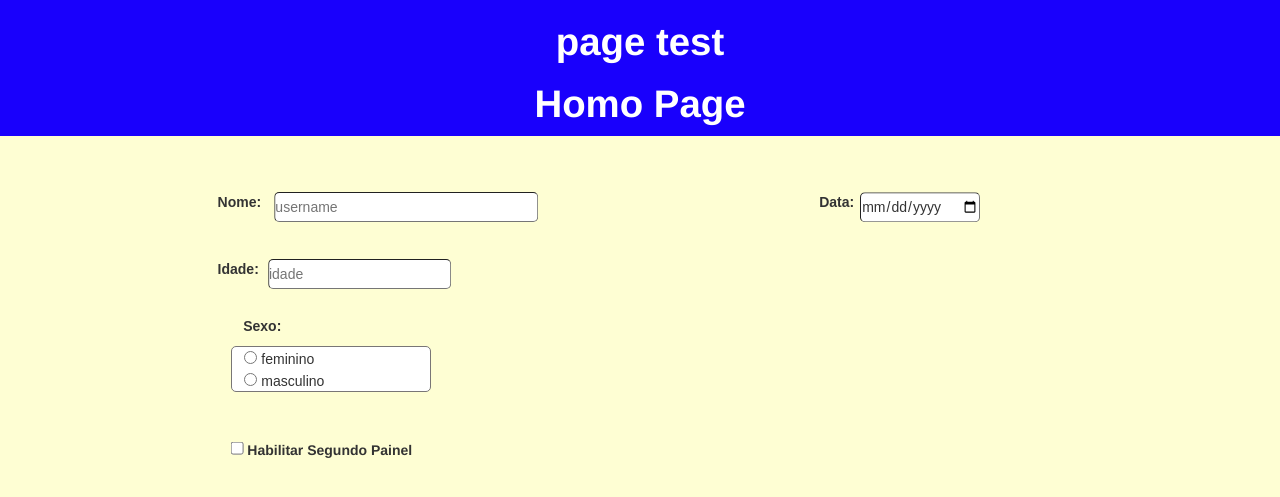
Repository: josceno/inital-page
Page: index.html
An editor plug-in stored every save of this project. The page is shown before and after the next save, followed by the edit.
The browser window is 1280 px wide. The pictures show the whole page.
Some web libraries are served in a nearby version.

Above is the page before, as saved 2022-02-21 09:45:16.
Console error: TypeError: Cannot read properties of null (reading 'innerHTML')

### index.html
<!DOCTYPE html>
<html>

  <head>

    <link data-require="bootstrap@3.3.7" data-semver="3.3.7" rel="stylesheet" href="https://maxcdn.bootstrapcdn.com/bootstrap/3.3.7/css/bootstrap.min.css" />
    <script data-require="jquery@*" data-semver="3.1.1" src="https://ajax.googleapis.com/ajax/libs/jquery/3.1.1/jquery.min.js"></script>
    <script data-require="bootstrap@3.3.7" data-semver="3.3.7" src="https://maxcdn.bootstrapcdn.com/bootstrap/3.3.7/js/bootstrap.min.js"></script>
    <script src="script.js">defer</script>
    <script data-require="angular.js@1.6.2" data-semver="1.6.2" src="https://ajax.googleapis.com/ajax/libs/angularjs/1.6.2/angular.js"></script>
    <link rel="stylesheet" href="style.css" />
    <script>
      const indexjs = __dirname
      module.exports = {indexjs}
    </script>
    <meta charset="UTF-8">

  </head>


  <body>

    <div class="content-wrap">
      <article>

      <header>
        <h2 style="font-size:3vw;">page test</h2>
        <h1 style="font-size:3vw;"> Homo Page</h1>

      </header>
      <div id= "form">
      <form action="action._page.php">


       <!-- entradas para Nome, Idade, a Data e o Genero-->
        <div class = "Nome">
        <label for="">Nome:</label>
        <input class="Nomu"  aria-required="true" id="Nome" name="Nome" placeholder="username" type="text" size="30" max len/>

        </div>

        <div class = "idade">
        <label class=age for="">Idade:</label>
          <input class=Idade id="idade" idade="idade"  placeholder="idade" type="number" size="20"  onkeypress="return event.charCode >= 48" min="1" >
        </div>

        <div class="Data">
          <label for="">Data:</label>
            <input class=data name="data" type="date" value=2021-12-27 required id="Data"  min=2021-12-27 required></input>


          </div>
          <p class= genderlabel> Sexo:</p>
          <div class="sexo">

            <div class="genradio">
              <input type= radio name=genderi value=Feminino>   feminino<br>
              <input type= radio name=genderi value=masculino> masculino<br>

            </div>
          </div>
          <!-- O botão apresentar-->



            <button id=btn class=btnpresent onclick="clicar(); return false;" style="display:none;">Apresentar</button>



          </div>




        <div class="checkbottom">
          <div class= check>
            <input  name=checkbox id=check1 type=checkbox value=" " onclick="aparescercampo()"/>
          <label for="">Habilitar Segundo Painel</label>
        </div>
       </div>

        <textarea   class=txt id="txt" name="txt" placeholder="Aqui vai os datados registrados acima, a primeira linha são os dados e a segunda é o numero de palavras" type="text" size="30" readonly maxlength=10000 style="display:none;"></textarea>
        <p class=titlex2 id=txt2title style="display:none;">texto Livre:</p>
        <textarea   class=txt2 id="txt2" name="txt2" placeholder="insira aqui um texto ele será contado e exibido no segundo painel" type="text" size="30"  maxlength=10000 style="display:none;"></textarea>

      </form>
    </div>

     </div>




      </style>
      <!--

        Sua estrutura html aqui

      -->
    </article>
    </div>

    <script src="script.js"></script>
  </body>

</html>

### script.js
// Seus scripts aqui
function datetime() {
  var title = document.getElementById('Data');
  var now = new Date();

  title.innerHTML = title.innerHTML + ' (' + now.toLocaleTimeString() + ')';
}


datetime();
D = new Date
dia = D.getDate()
mes = D.getMonth()+1
ano= D.getFullYear()
console.log(dia)
console.log(mes)
console.log(ano)
data = document.getElementById("Data")
data.min = ano+"-"+mes+"-"+dia;
data.value = ano+"-"+mes+"-"+dia;
DI= new Date(data.value)
outrodia= DI.getDate()+1
console.log(outrodia)
outromes= DI.getMonth()+1

console.log(outromes)

outroano= DI.getFullYear()

console.log(outroano)

console.log(document.getElementById("Data").value)




function aparescercampo(){
  var cb = document.getElementById("check1");
  var inputo = document.getElementById("txt");
  var inputo2 = document.getElementById("txt2");
  var btninput = document.getElementById("btn")
  var txt2label= document.getElementById("txt2title")
  if(cb.checked==true){
    inputo.style.display="block";
    inputo2.style.display="block";
    btninput.style.display="block";
    txt2label.style.display="block";

  }
  else{
    inputo.style.display="none";
    inputo2.style.display="none";
    btninput.style.display="none";
    txt2label.style.display="";
  }
}
function clicar()
{
  let gender = document.forms[0];
  let txt = "";

      txt = txt+ gender[0].value + "";
      document.getElementById("txt").value = "nome: "+  txt +"\n"


  let gender1 = document.getElementById("idade")
  let txt1 = "";


      txt1 = txt1+ gender1.value + "";
      document.getElementById("txt").value = "nome: "+  txt +"\n"+" idade: "+ txt1




      let gender2 = document.getElementById("Data")
      let Retxt2 = "";
      DI= new Date(data.value)
outrodia= DI.getDate()+1
console.log(outrodia)
outromes= DI.getMonth()+1

console.log(outromes)

outroano= DI.getFullYear()

console.log(outroano)

console.log(document.getElementById("Data").value)
if(outrodia == NaN|| outrodia == "[object HTMLTextAreaElement]"){
  alert("data invalida0")
}



      if(outroano>=ano ) {
        console.log("passou")
        console.log(ano)
        console.log(outroano)
        if(outroano>ano ){
          console.log("passou direto")
          console.log(outroano)
          gender2 = document.getElementById("Data")
             Retxt2 = "";
            console.log("passou")
              Retxt2 = Retxt2+ gender2.value + "";
              txt2 = Retxt2.split('-').reverse().join('-')
              document.getElementById("txt").value = "nome: "+  txt +"\n"+" idade: "+ txt1 +"\n"+ " data de registro " + txt2
        }
        else{if(outromes>=mes){
          console.log("passou")
          console.log(outromes)
          if(outrodia>= dia){
             gender2 = document.getElementById("Data")
             Retxt2 = "";
            console.log("passou")
              Retxt2 = Retxt2+ gender2.value + "";
              txt2 = Retxt2.split('-').reverse().join('-')
              document.getElementById("txt").value = "nome: "+  txt +"\n"+" idade: "+ txt1 +"\n"+ " data de registro " + txt2

          }
          else{
              alert("errou o dia")
              Retxt2 = Retxt2+ gender2.value + "";
              Retxt2= " "
              txt2 = Retxt2.split('-').reverse().join('-')
              document.getElementById("txt").value = "nome: "+  txt +"\n"+" idade: "+ txt1 +"\n"+ " data de registro " + txt2
          }
      }
      else{
          console.log("errou o mes")
          alert("errou o mes")
          txt2 = " "
      }}

      }
    else{
        if(outroano<ano){
        console.log("ano menor")
        txt2 = " "
        }
      }
      document.getElementById("txt").value = "nome: "+  txt +"\n"+" idade: "+ txt1 +"\n"+ " data de registro " + txt2









      let genderi = document.forms[0];
      let txt3 = "";
      let i;

      for(i=0; i <genderi.length; i++)
      {
          if(genderi[i].checked){
          txt3 = txt3+ genderi[i].value + "";


          }

      }
      document.getElementById("txt").value = "---nome: "+  txt +"\n"+"idade: "+ txt1 +"\n"+" data de registro: " + txt2 +"\n"+" Genero: " + txt3

      let gender4= document.getElementById("txt2")
      let txt4 = "";


      txt4 = txt4+ gender4.value + "";
      document.getElementById("txt").value = "---nome: "+  txt +"\n"+"idade: "+ txt1 +"\n"+" data de registro: " + txt2 +"\n"+" Genero: " + txt3 +"\n"+ txt4


      let self = document.getElementById("txt2")
        self.value = " "+self.value+ " ";
        var dito = self.value.match(/ a(?=ao |ai |au |ae |aO |aI |aU |aE )\S+/g);
        var ditO = self.value.match(/ A(?=Ao |Ai |Au |Ae |AO |AI |AU |AE )\S+/g);
        var dite = self.value.match(/ e(?=eo |ei |eu |ea )\S+/g);
        var ditE = self.value.match(/ E(?=Eo |Ei |Eu |Ea |EO |EI |EU |EA )\S+/g);
        var diti = self.value.match(/ i(?=io |ie |iu |ia )\S+/g);
        var ditI = self.value.match(/ I(?=Io |Ia |Iu |Ie |IO |IA |IU |IE )\S+/g);
        var dita = self.value.match(/ o(?=oi |oe |ou |oa )\S+/g);
        var ditA = self.value.match(/ O(?=oa |oi |ou |oe |oA |oI |oU |oE )\S+/g);
        var ditu = self.value.match(/ u(?=ui |ue |uo |ua )\S+/g);
        var ditU = self.value.match(/ U(?=Ua |Ui |Uo |Ue |UO |UI |UA |UE )\S+/g);

        var num = self.value.match(/\S+[a,á,ã,e,é,ê,i,í,o,ó,ô,õ,u,ú,A,Á,Ã.E,Ê.É,I,Ì,O,Ó,Ô,Õ,U,Ú,Y]/g);
        var tirdone = self.value.match(/\S+[a,e,i,o,u,A,E,I,O,U,Y]/g);
        var spaces = self.value.match(/[a,á,ã,e,é,ê,i,í,o,ó,ô,õ,,u,ú,A,Á,Ã.E,Ê.É,I,Ì,O,Ó,Ô,Õ,U,Ú,Y]\S+/g);


        /// checkpoint para não perda de arquivo III agr vai
        var ao = dito ? dito.length: 0;
        var Ao = ditO ? ditO.length: 0;
        var oo = dita ? dita.length: 0;
        var Oo = ditA ? ditA.length: 0;
        var eo = dite ? dite.length: 0;
        var Eo = ditE ? ditE.length: 0;
        var io =  diti ? diti.length: 0;
        var Io =  ditI ? ditI.length: 0;
        var uo =  ditu ? ditu.length: 0;
        var Uo =  ditU ? ditU.length: 0;
        console.log("duas letras",ao, Ao)
        console.log("duas letrase",eo)
        console.log("duas letrase",io)
        console.log("duas letrase",oo)
        console.log("duas letrasu",uo)
        var word = num ? num.length: 0;
        console.log("NUM",word)
        var tirdw = tirdone ? tirdone.length: 0;
        console.log("terceir",tirdw)
        var words = (spaces ? spaces.length: 0);
        console.log("palavras",words)
        var finalwarudo = word + words - (tirdw + ao + eo + io + oo + uo+ Ao +Oo+ Eo+ Io+ Uo);

        console.log("final result",finalwarudo)
        if(words>word){
          var somaT= word -words;
          finalwarudo = words
          console.log("final result2",finalwarudo)
        }



        if(finalwarudo<0){finalwarudo= finalwarudo*-1;}

        if(txt2 == " "){
          alert("data invalida")
        }

        document.getElementById("txt").value = "---nome: "+  txt +"\n"+"---idade: "+ txt1 +"\n"+ "---data: " + txt2 +"\n"+ "---Genero: " + txt3   +"\n"+"-----------------------------------"+"\n"+"    "+ txt4 +"\n"+"-----------------------------------"+"\n"+ "---numero de palavras é: " + finalwarudo;


}

### style.css
/* Suas estilizações */


*{
  margin: 0;
  padding: 0;
}
body{
  width: 100%;
  max-width: 130.3px;
  margin: 20 auto;
  height: 700px;
  background-color:rgb(254, 254, 211);
}

.content-wrap {

  margin: auto;
}

.content-wrap h1 {
  text-align: center;
  color: #ffffff;
  font-weight: bold;
}
.content-wrap h2 {
  text-align: center;
  color: #ffffff;
  font-weight: bold;
}
header{
  width:100vw;
  background-color: #1900fc;
  padding: 1px 0;
}



.Nome{

  width:80px;
  font-family: Óptima, sans-serif;
  height: 40px;
  display:flex;
  padding: 20px 0;
  transform: translate(0,90%);
  position: relative;
  left:17vw;
}
.Nomu{

  height: 30px;
  transform: translate(5%,0%);
  border-width: 0.01cm;
  border-radius: 0.5rem;
}

.idade{
  width:80px;
  display:flex;
  padding: 20px 0;
  transform: translate(0,90%);
  position: relative;
  left:17vw;
  font-family: Óptima, sans-serif;

}
.Idade{
  transform: translate(5%,0%);
  border-width: 0.01cm;
  border-radius: 0.5rem;
  height: 30px;
}
.Data{
  height: 60px;
  width:300px;
  display:flex;
  padding: 20px 0;
  margin-bottom: 10px;
  position: relative;
  transform: translate(0%,-123%);
  top:30%;
  left: 64vw;
  font-family: Óptima, sans-serif;
}
.data{
  height: 30px;
  transform: translate(5%,0%);
  border-radius: 0.5rem;
  border-width: 0.01cm;
}
.sexo{
  width: 200px;
  font-family: Óptima, sans-serif;
  border-style: solid;
  border-width: 0.01cm;
  border-color: rgb(121, 118, 118);
  border-radius: 0.5rem;
  margin-left: 10%;
  transform: translate(0,0%);
  position: relative;
  left:17vw;
  background-color:rgb(255, 255, 255) ;
}
.genradio{
  position: relative;
  left: 1vw
}
.genderlabel{
  font-family: Óptima, sans-serif;
  font-weight: 600;
  position: relative;
  left:19vw;
}


.check{
  width:300px;
  padding: 20px 0;
  transform: translate(17vw,2vw);
  margin-bottom: 10px;
  position: relative;
  left:1vw;

}
.txt2{
  height: 130px;
  width:260px;
  display:flex;
  padding: 20px 0;
  margin-bottom: 10px;
  position: relative;
  transform: translate(0%,-305%);
  top:60%;
  left: 64vw;
  font-family: Óptima, sans-serif;
  border-radius: 0.5rem;
}
.txt{
  color: #000000;
  font-style: italic;
  font-family: Óptima, sans-serif;
  font-weight: bold;
  font-size: 15px;
  padding: 20px 0;
  position: relative;
  left:18vw;
  border-radius: 0.5rem;
  height: 170px;
  width:800px;
  background-color:rgba(189, 185, 185, 0.685) ;

}
.titlex2{
  font-family: Óptima, sans-serif;
  display:flex;
  padding: 20px 0;
  margin-bottom: 10px;
  position: relative;
  transform: translate(10%,-630%);
  top:60%;
  left: 64vw;

}



.btnpresent{

  transform: translate(0%,900%);
  left:1000px;
  padding: 5px 0;
  background: #016ABC;
  color: #fff;
  border: 1px solid #eee;
  border-radius: 0.5rem;
  box-shadow: 5px 5px 5px #eee;
  text-shadow:none;
  width: 80px;
  position: relative;

}
.btnpresent:hover{
  background: rgba(0, 0, 0, 0);
  color: #016ABC;
  box-shadow:insert 0 0 0 3px  #016ABC;
}
.word{
  transform: translate(60%,-115%);
}

After the next save:
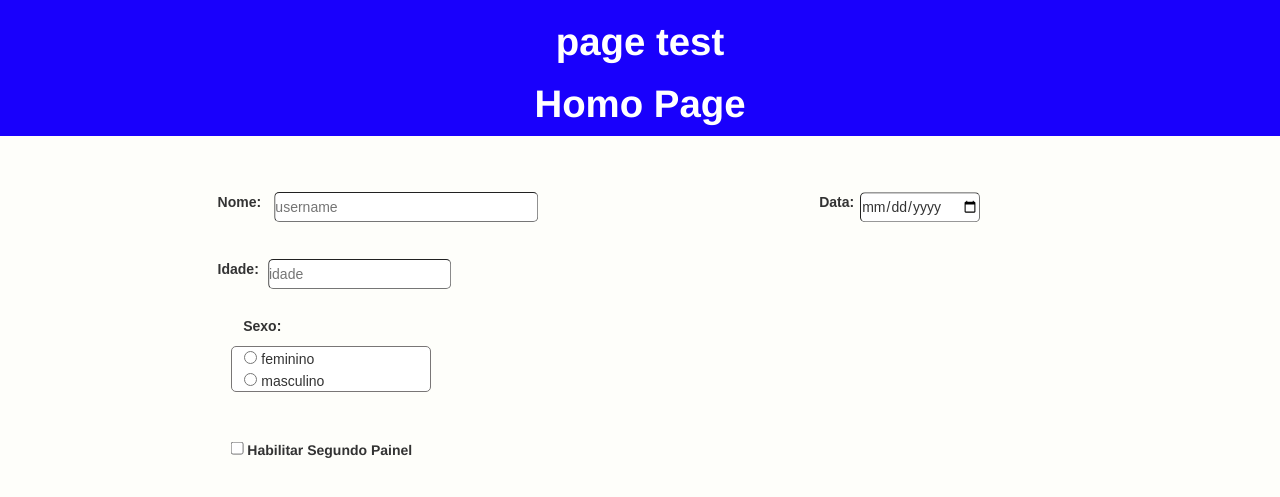
Saved 19 s later.
--- a/style.css
+++ b/style.css
@@ -10,7 +10,7 @@ body{
   max-width: 130.3px;
   margin: 20 auto;
   height: 700px;
-  background-color:rgb(254, 254, 211);
+  background-color:rgb(254, 254, 250);
 }
 
 .content-wrap {
